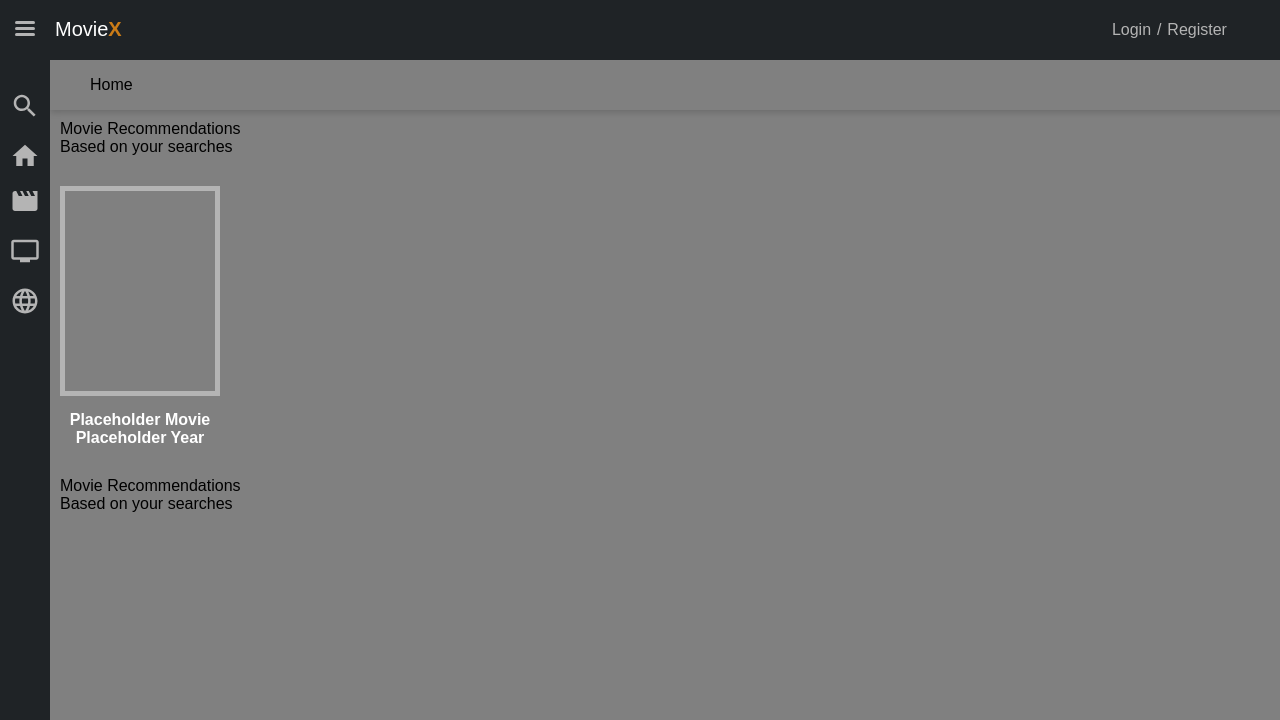
Repository: Amad-Mlinka/MovieTVBrowserNext
Page: /
An editor plug-in stored every save of this project. The page is shown before and after the next save, followed by the edit.
The browser window is 1280 px wide. The pictures show the whole page.
The project was rebuilt for these pictures with package versions that can differ from the ones it lists, and the page was loaded fresh each time. The framework's server and built-in components were replaced by stand-ins that run in the browser. Also part of the build but not shown: next.config.js.

Above is the page before, as saved 2021-08-06 22:36:26.

After the next save:
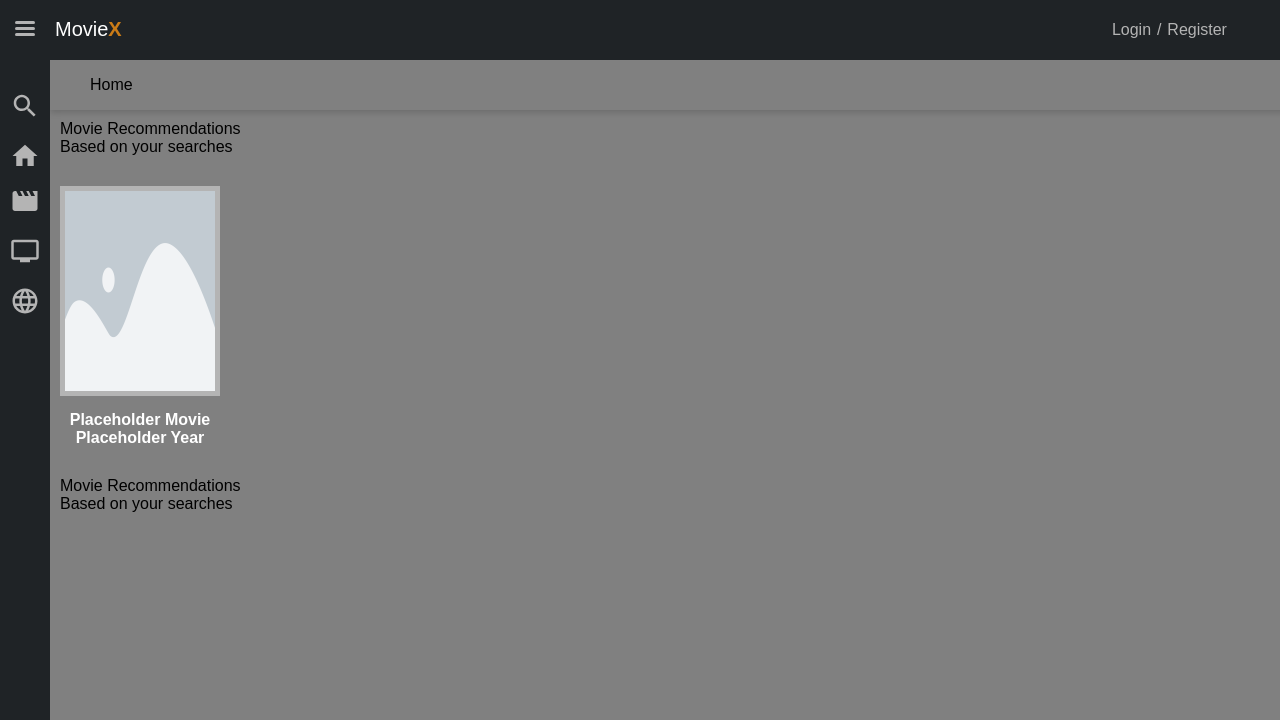
Saved 5 s later.
--- a/styles/Home.module.scss
+++ b/styles/Home.module.scss
@@ -44,7 +44,6 @@
   overflow: hidden;
 }
 .mediaImage{
-  filter: contrast(0);
   &:hover {
     .mediaOverlay {
       animation: fadeInUp .5s ease-in-out;
